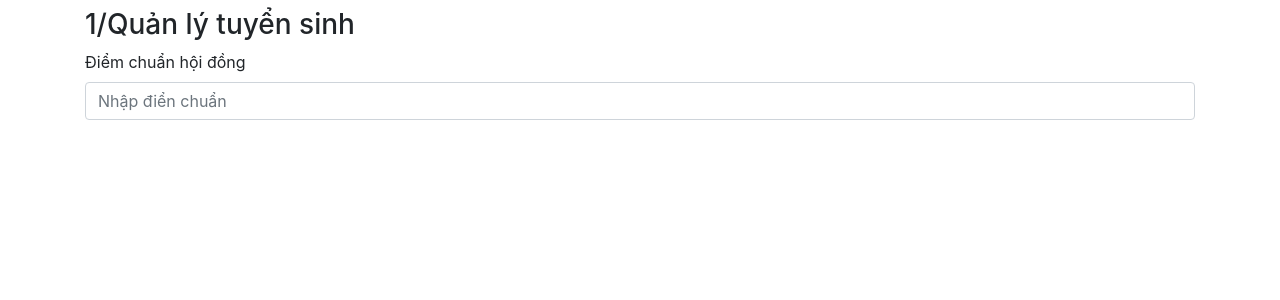
Repository: baobaodeveloper/bootcamp21__jsbasic4_HuynhAnhBao
Page: index.html
An editor plug-in stored every save of this project. The page is shown before and after the next save, followed by the edit.
The browser window is 1280 px wide. The pictures show the whole page.

Above is the page before, as saved 2022-03-13 17:29:29.

After the next save:
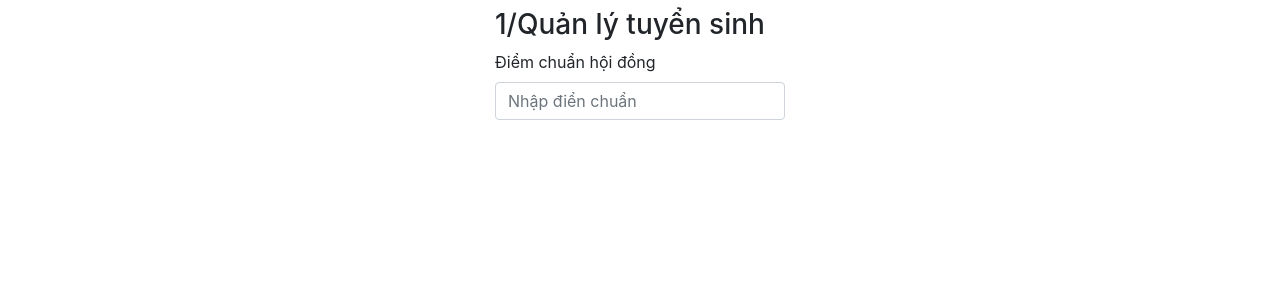
Saved 28 s later.
--- a/index.html
+++ b/index.html
@@ -19,7 +19,7 @@
   </head>
   <body>
     <!-- 1/Quản lý tuyển sinh -->
-    <div class="container mt-2">
+    <div class="container mt-2 w-25">
       <h3>1/Quản lý tuyển sinh</h3>
       <div class="mb-3">
         <label for="exampleFormControlInput1" class="score"

After the save that followed:
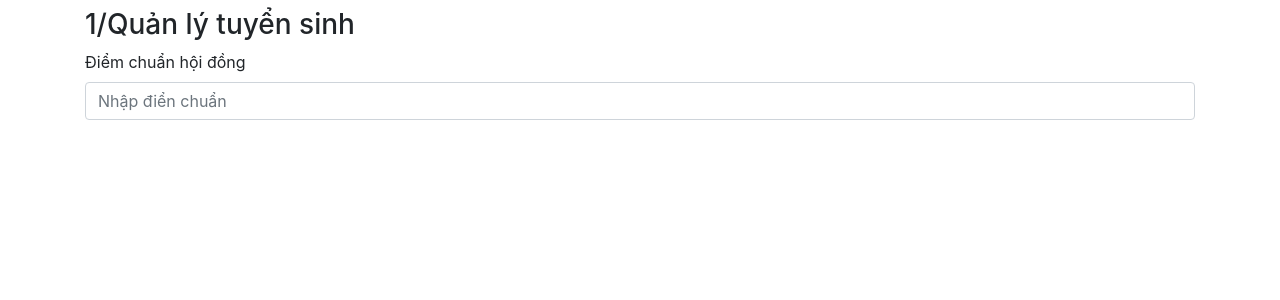
Saved 17 s later.
--- a/index.html
+++ b/index.html
@@ -19,7 +19,7 @@
   </head>
   <body>
     <!-- 1/Quản lý tuyển sinh -->
-    <div class="container mt-2 w-25">
+    <div class="container mt-2">
       <h3>1/Quản lý tuyển sinh</h3>
       <div class="mb-3">
         <label for="exampleFormControlInput1" class="score"
